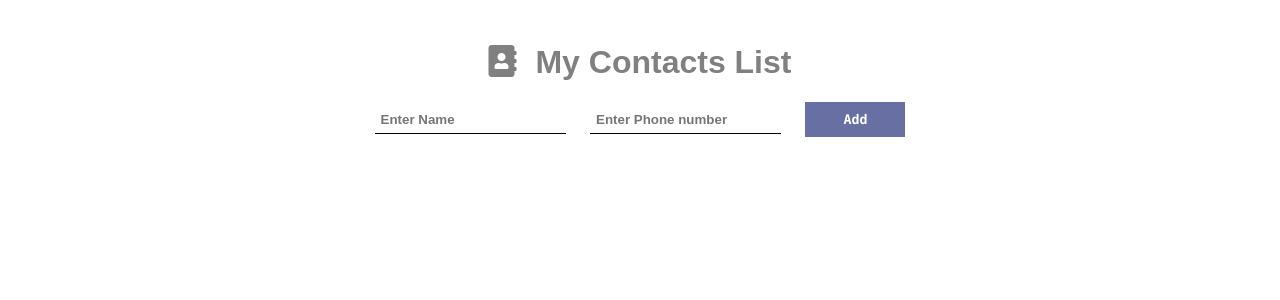
Repository: Sayan-100/Contact-List
Page: http://localhost/
The author's editor kept a copy of each file at every save. The page is drawn from the files as they stood at one save, then again after the next save.
The browser window is 1280 px wide. The pictures show the whole page.
Some web libraries are served in a nearby version. The page is served by the project's Node server (index.js). Queries for data that is not in the repository find no rows.

Above is the page before, as saved 2022-01-09 22:07:47.

After the next save:
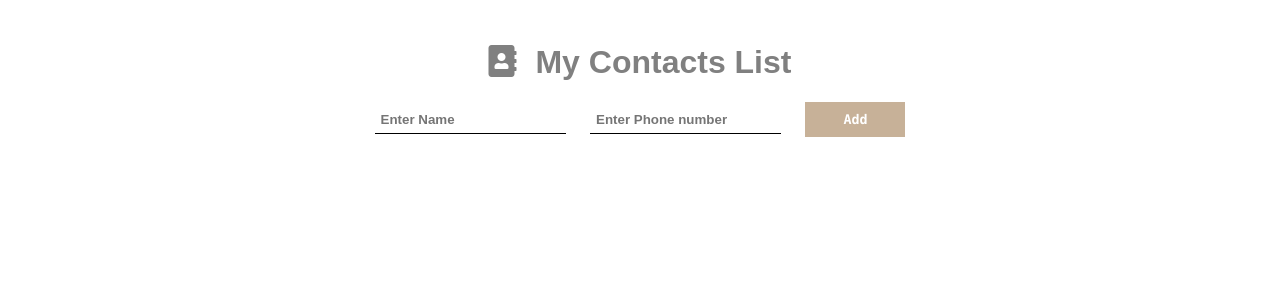
Saved 31 s later.
--- a/assets/css/home.css
+++ b/assets/css/home.css
@@ -40,7 +40,7 @@
         padding: 6px;
         width: 100px;
         height: 35px;
-        background-color: #676FA3;
+        background-color: #C7B198;
         font-family: monaco;
         font-weight: 600;
         color: white;
